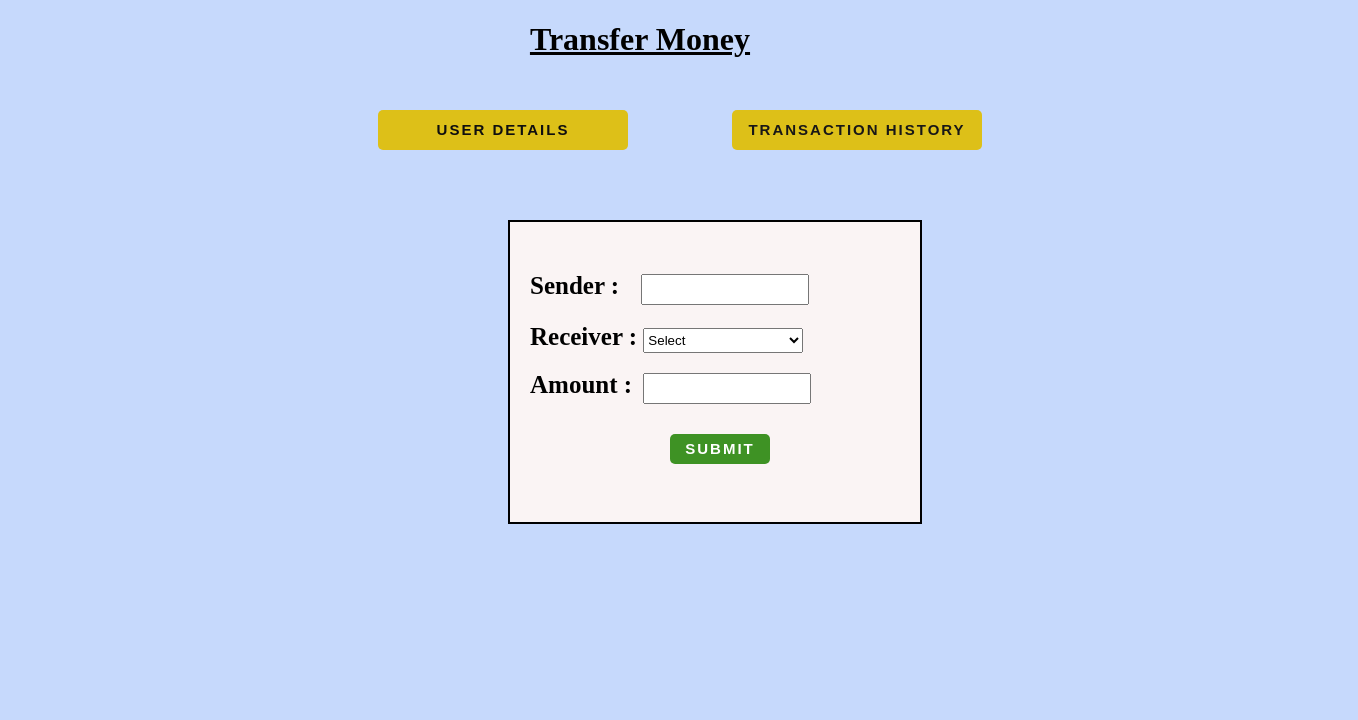
Repository: PrabhaBas/TheSparksFoundation_BasicBankingSystem
Page: http://localhost/PVBank/transfer_money.jsp
An editor plug-in stored every save of this project. The page is shown before and after the next save, followed by the edit.
The browser window is 1280 px wide. The page is 1358 px wide, so the pictures cover 1358 px, including what lies to the right of the window. The pictures show the whole page.
Some web libraries are served in a nearby version. The page is served by Tomcat 9. Other server files are loaded and not shown.

Above is the page before, as saved 2021-08-18 10:12:41.

### PVBank/src/main/webapp/transfer_money.jsp
<%@ page language="java" contentType="text/html; charset=ISO-8859-1"
    pageEncoding="ISO-8859-1"%>
<!DOCTYPE html>
<html>
<head>
<meta charset="ISO-8859-1">
<meta http-equiv="X-UA-Compatible" content="IE=edge">
    <meta name="viewport" content="width=device-width, initial-scale=1.0">
    <title>Transefer Money</title>
    <link rel="stylesheet" href="css/transfer_money.css">

    <link rel="shortcut icon" type="image/png" href="images/logo1.jpg">
    <link rel="stylesheet" href="https://cdnjs.cloudflare.com/ajax/libs/font-awesome/5.13.1/css/all.min.css">

<script>
function myFunction() {
  alert("Transaction successfull!");
}
</script>

</head>
<body>
<h1 id="head">Transfer Money</h1>
    <div class="transact">
        <input type="submit" onclick="location.href ='/View_user.jsp'" name="submit" class="send-btn1" value="User Details">
        <input type="submit" onclick="location.href ='/transactionhistory.jsp'" name="submit" class="send-btn2" value="Transaction History">
    </div>
    <div >
   <form class="transact-form" action="/transact">
       <label  class="label1">Sender   :  </label>
       <input class="box" id="box2" type="text" name="sender"><br><br>

       <label for="users" class="label1">Receiver : </label>
       <select name="receiver" id="users" class="box">
       <option value="Select">Select</option>
        <option value="Prabhavathi">Prabhavathi</option>
        <option value="Maha">Maha</option>
        <option value="Riya">Riya</option>
        <option value="Subha">Subha</option>
        <option value="Keerthi">Keerthi</option>
        <option value="Janani">Janani</option>
        <option value="Gowtham">Gowtham</option>
        <option value="Ram">Ram</option>
        <option value="Gayathri">Gayathri</option>
        <option value="Vinay">Vinay</option>

       </select><br><br>

       <label class="label1">Amount : </label>
       <input name="amount" id="box1"class="box" type="text">

       <input onclick="myFunction()" type="submit" name="submit" class="btn" value="Submit">
   </form>
</div>





</body>
</html>

### PVBank/src/main/webapp/css/transfer_money.css

#head{
    text-align: center;
    text-decoration: underline;
}
body{
    background-color: rgb(198, 217, 252);
}
.transact{

    height: 60px;
    width: 1310px;
    margin: 0;
    padding: 20px;
    padding-top: 30px;

}
.transact .send-btn1{
    margin-left: 350px;
    background: #ddc018;
    color: rgb(15, 15, 15);
    border: none;
    width: 250px;
    height: 40px;
    font-size: 15px;
    font-weight: 600;
    text-transform: uppercase;
    letter-spacing: 2px;
    border-radius: 5px;
    cursor: pointer;
    transition: 0.3s;
    transition-property: background;
  }

  .transact .send-btn1:hover{
    background: #f5e37c;
  }

  .transact .send-btn2{
    margin-left: 100px;
    background: #ddc018;
    color: rgb(24, 23, 23);
    border: none;
    width: 250px;
    height: 40px;
    font-size: 15px;
    font-weight: 600;
    text-transform: uppercase;
    letter-spacing: 2px;
    border-radius: 5px;
    cursor: pointer;
    transition: 0.3s;
    transition-property: background;
  }

  .transact .send-btn2:hover{
    background: #f5e37c;
  }
.transact-form .label1{
    font-weight: bold;
    margin-left: 10px;
    font-family: 'Times New Roman', Times, serif;
    font-size: 25px;
}

  .transact-form{
background-color: rgb(250, 244, 244);
border-color: black;
border-width: 2px;
border-style: solid;
height: 250px;
width: 400px;
text-align: left;
margin-left: 500px;
margin-top: 30px;
padding-left: 10px;
padding-top: 50px;

font-family: 'Times New Roman', Times, serif;
  }
  .transact-form .box{
      height: 25px;
      width: 160px;

  }
  .transact-form #box1{
    margin-left: 5px;

  }
  .transact-form .btn{
    margin-left: 150px;
    margin-top: 30px;
    background: #3e9224;
    color: #fff;
    border: none;
    width: 100px;
    height: 30px;
    font-size: 15px;
    font-weight: 600;
    text-transform: uppercase;
    letter-spacing: 2px;
    border-radius: 5px;
    cursor: pointer;
    transition: 0.3s;
    transition-property: background;
  }
  .transact-form #box2{
      margin-left: 16px;
  }

After the next save:
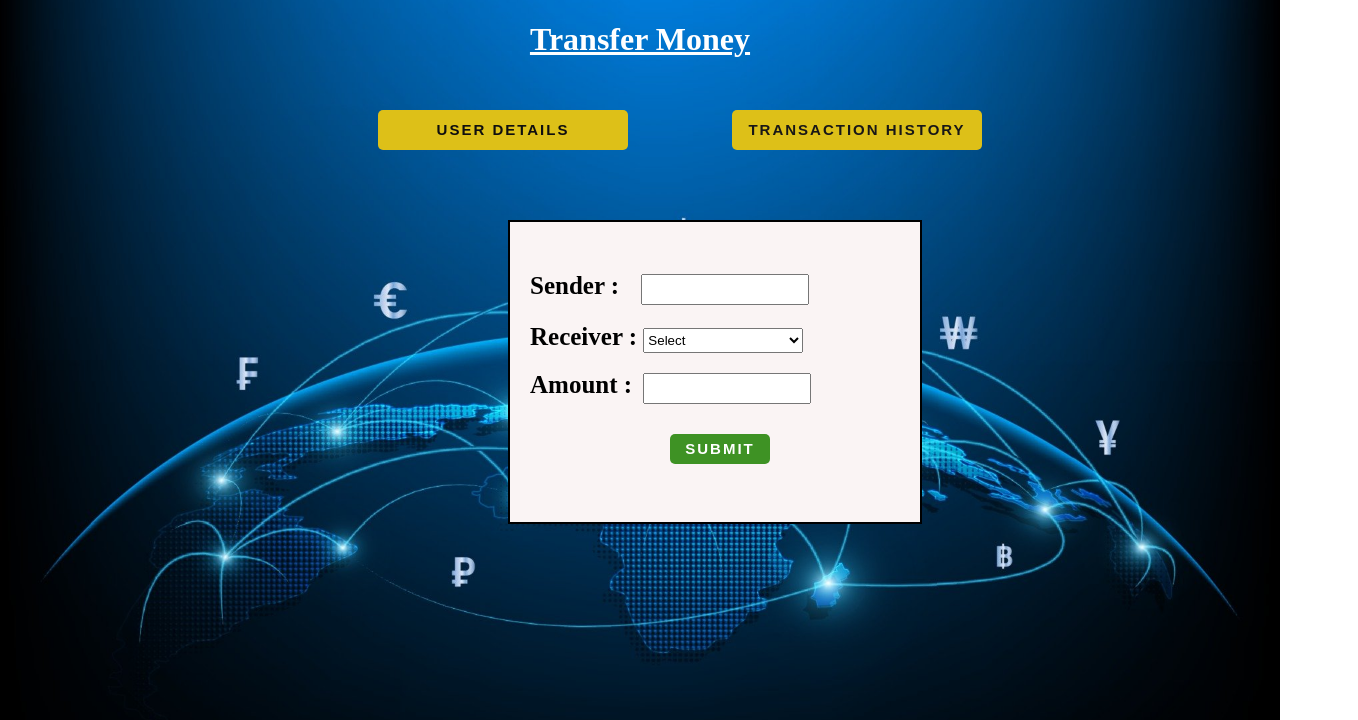
Saved 12 min 54 s later.
--- a/PVBank/src/main/webapp/css/transfer_money.css
+++ b/PVBank/src/main/webapp/css/transfer_money.css
@@ -2,9 +2,19 @@
 #head{
     text-align: center;
     text-decoration: underline;
+  color: white;
+
 }
 body{
-    background-color: rgb(198, 217, 252);
+
+
+  background: url(../images/mt.jpg) no-repeat center center fixed;
+  -webkit-background-size: cover;
+  -moz-background-size: cover;
+  -o-background-size: cover;
+  background-size: cover;
+
+
 }
 .transact{
 
@@ -104,6 +114,10 @@ font-family: 'Times New Roman', Times, serif;
     transition: 0.3s;
     transition-property: background;
   }
+  .transact-form .btn:hover{
+    background: #224908;
+  }
+
   .transact-form #box2{
       margin-left: 16px;
   }
